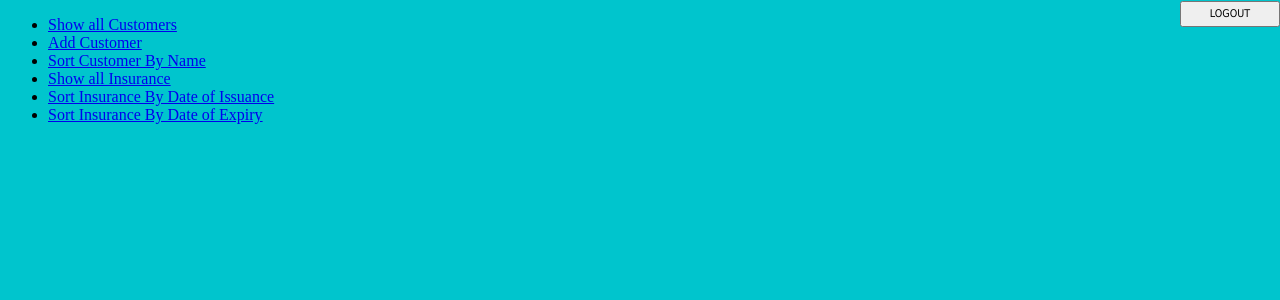
Repository: ankitasha/HomeProject
Page: http://localhost/insurance/WEB-INF/views/homepage.jsp
These files come from the project's save history. The page is drawn as it stood at one moment and after the next save; the edit follows.
The browser window is 1280 px wide. The pictures show the whole page.
The page is served by Tomcat 9. Nobody is signed in. Other server files are loaded and not shown. The template is opened directly, without the code that normally fills it, so the values that code supplies are empty.

Above is the page before, as saved 2017-05-03 05:53:04.

### insurance/src/main/webapp/WEB-INF/views/homepage.jsp
<%@ page language="java" contentType="text/html; charset=ISO-8859-1"
    pageEncoding="ISO-8859-1"%>
<!DOCTYPE html PUBLIC "-//W3C//DTD HTML 4.01 Transitional//EN" "http://www.w3.org/TR/html4/loose.dtd">
<html>
<head>
<meta http-equiv="Content-Type" content="text/html; charset=ISO-8859-1">
<title>Main Menu</title>
<style type="text/css">

#button {
     line-height: 12px;
     padding:5px;
     width: 100px;
     font-size: 8pt;
     font-family: tahoma;
     margin-top: 1px;
     margin-right: 0px;
     position:absolute;
     top:0;
     right:0;
 }


</style>
</head>
<body style="background-color: #00C5CD">
<ul>
  <li><a href = "allcustomers">Show all Customers</a></li>
  <li><a href = "addcustomer">Add Customer</a></li>
  <li><a href = "sortCustomerByName">Sort Customer By Name</a></li>
  <li><a href = "allinsurance">Show all Insurance</a></li>
  <li><a href = "sortInsuranceByDateOfIssuance">Sort Insurance By Date of Issuance</a></li>
  <li><a href = "sortInsuranceByDateOfExpiry">Sort Insurance By Date of Expiry</a></li>
</ul>




</br><br></br><br></br><br>
<form method="get" action="logout">
    <button id="button" type="submit">LOGOUT</button>
</form>

</body>
</html>

After the next save:
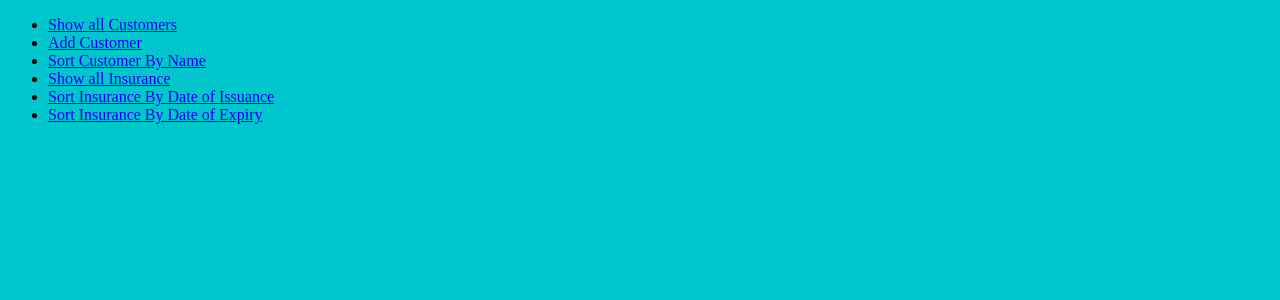
Saved 91 s later.
--- a/insurance/src/main/webapp/WEB-INF/views/homepage.jsp
+++ b/insurance/src/main/webapp/WEB-INF/views/homepage.jsp
@@ -33,13 +33,5 @@
   <li><a href = "sortInsuranceByDateOfExpiry">Sort Insurance By Date of Expiry</a></li>
 </ul>
 
-
-
-
-</br><br></br><br></br><br>
-<form method="get" action="logout">
-    <button id="button" type="submit">LOGOUT</button>
-</form>
-
 </body>
 </html>
